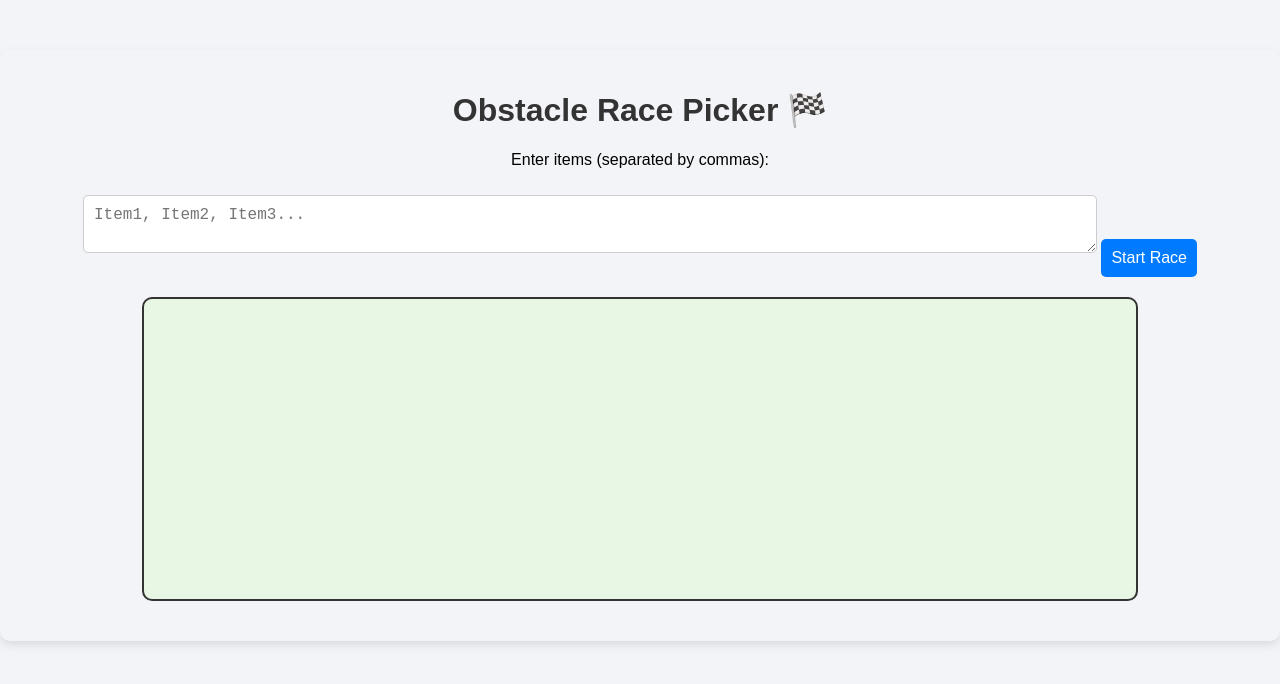
Repository: Anarchyve/race-picker
Page: index.html
An editor plug-in stored every save of this project. The page is shown before and after the next save, followed by the edit.
The browser window is 1280 px wide. The pictures show the whole page.

Above is the page before, as saved 2024-11-17 19:31:37.

After the next save:
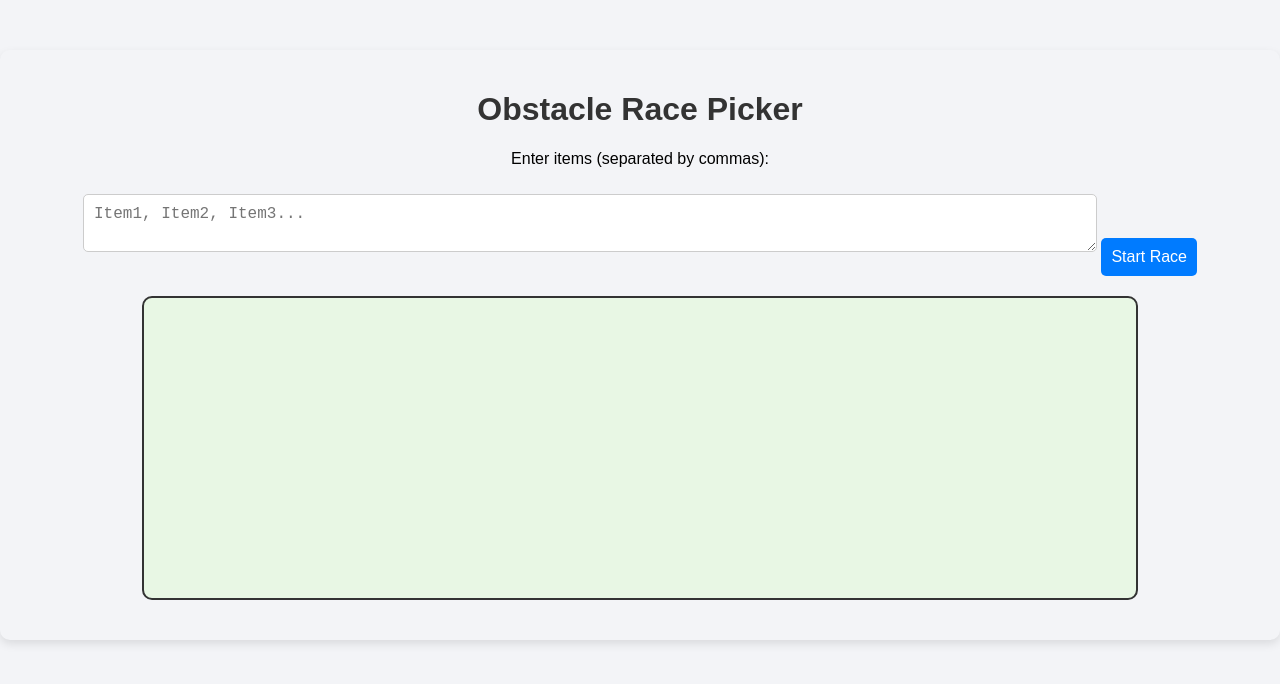
Saved 3 min 1 s later.
--- a/index.html
+++ b/index.html
@@ -3,16 +3,18 @@
 <head>
     <meta charset="UTF-8">
     <meta name="viewport" content="width=device-width, initial-scale=1.0">
-    <title>Obstacle Race Picker</title>
+    <title>Minimal Obstacle Race</title>
     <link rel="stylesheet" href="styles.css">
 </head>
 <body>
-    <h1>Obstacle Race Picker 🏁</h1>
-    <p>Enter items (separated by commas):</p>
-    <textarea id="items" placeholder="Item1, Item2, Item3..."></textarea>
-    <button onclick="startRace()">Start Race</button>
-    <div id="race-track"></div>
-    <div id="result"></div>
+    <div class="container">
+        <h1>Obstacle Race Picker</h1>
+        <p>Enter items (separated by commas):</p>
+        <textarea id="items" placeholder="Item1, Item2, Item3..."></textarea>
+        <button onclick="startRace()">Start Race</button>
+        <div id="race-track"></div>
+        <div id="result"></div>
+    </div>
     <script src="script.js"></script>
 </body>
 </html>
